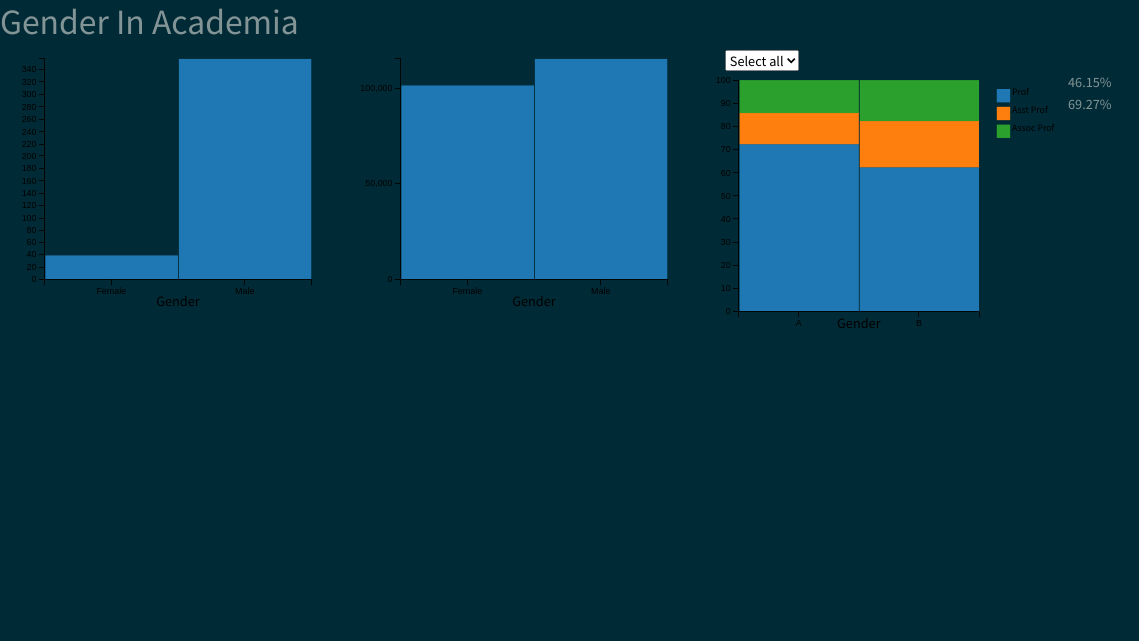
Repository: rafaljanos/Dashboard
Page: Index.html
The author's editor kept a record of every edit. The page is drawn from the files as they stood at one moment, then again after the next edit.
The browser window is 1280 px wide. The pictures show the whole page, at 89% of full size.

Above is the page before.
Console error: TypeError: Cannot read properties of null (reading 'textContent')

### Index.html
<!DOCTYPE html>
<html lang="en">
<head>
    <meta charset="UTF-8">
    <meta name="viewport" content="width=device-width, initial-scale=1.0">
    <meta http-equiv="X-UA-Compatible" content="ie=edge">
    <title>Dashboard</title>

    <link rel="stylesheet" href="static/css/bootstrap.min.css" type="text/css" />
    <link rel="stylesheet" href="static/css/dc.min.css" type="text/css" />
    <link rel="stylesheet" href="static/css/style.css" type="text/css" />

    <script type="text/javascript" src="static/js/d3.min.js"></script>
    <script type="text/javascript" src="static/js/crossfilter.min.js"></script>
    <script type="text/javascript" src="static/js/dc.min.js"></script>
    <script type="text/javascript" src="static/js/queue.min.js"></script>
    <script type="text/javascript" src="static/js/graph.js"></script>

</head>
<body>

    <h1>Gender In Academia</h1>

    <div id="discipline-selector"></div>

    <div id="gender-balance"></div>

    <div id="average-salary"></div>

    <div id="rank-distribution"></div>

    <div class="number" id="percent-of-women-professors"></div>
    <div id="percent-of-men-professors"></div>

</body>
</html>

### static/css/style.css
.navbar-default {
	background-image: none;
	margin-bottom: 0;
}

.section-heading, #discipline-selector {
	display: inline-block;
	float: none;
	margin: 0;
}

.section-heading {
	margin-bottom: 50px;
}

#discipline-selector {
	margin-left: 15px;
}

.number-box {
	margin-right: 75px;
}

.number-box, .fa.fa-gender {
    font-size: 30px;
    font-weight: 500;
}

.fa-gender {
	margin-right: 10px;
}

.custom-chart {
	margin-bottom: 40px;
}

.section {
	border-bottom: 1px solid #e6e6e6;
	padding: 30px 0;
}

.section-paragraph {
	line-height: 1.2;
}

### static/js/graph.js
queue()
    .defer(d3.csv, "data/Salaries.csv") // directory of file with data to use
    .await(makeGraphs);                 // makeGraphs is any name we want

function makeGraphs(error, salaryData) {// function for that name we choose
    var ndx = crossfilter(salaryData);  // loading salary data to crossfilter

    salaryData.forEach(function(d) {
        d.salary = parseInt(d.salary);  // changing the text data salary to intedur version of the salary
        d.yrs_since_phd = parseInt(d["yrs.since.phd"]);
        d.yrs_service = parseInt(d["yrs.service"]);

    })

    show_discipline_selector(ndx);      // passind NDX filter to a function that will draw graph discipline_selector

    show_percent_that_are_professors(ndx, "Female", "#percent-of-women-professors");
    show_percent_that_are_professors(ndx, "Male", "#percent-of-men-professors");

    show_gender_balance(ndx);           // passind NDX filter to a function that will draw graph gender_balance
    show_average_salaries(ndx);         // any name
    show_rank_distribution(ndx);

    show_service_to_salary_correlation(ndx);
    show_phd_to_salary_correlation(ndx);

    dc.renderAll();                     // to render it all
}

function show_discipline_selector(ndx) {        // function for show_discipline_selector
    dim = ndx.dimension(dc.pluck(`discipline`));
    group = dim.group()                         // simple group

    dc.selectMenu("#discipline-selector")       // it creates a selector menu
        .dimension(dim)
        .group(group);
}

function show_percent_that_are_professors(ndx, gender, element) { // gender(sex)argument and element to use in next function
    var percentageThatAreProf = ndx.groupAll().reduce(
        function (p, v) {
            if (v.sex === gender) {                             //using gender argument from above
                p.count++;
                if (v.rank === "Prof") {
                    p.are_prof++;
                }
            }
            return p;
        },
         function (p, v) {
            if (v.sex === gender) {
                p.count--;
                if (v.rank === "Prof") {
                    p.are_prof--;
                }
            }
            return p;
        },
        function () {
            return {count: 0, are_prof: 0};
        },
    );


    dc.numberDisplay(element)                   // element where we want the number to display
        .formatNumber(d3.format(".2%"))         // format change the way numbers are displayed
        .valueAccessor(function (d) {
            if (d.count == 0) {
                return 0;
            } else {
                return (d.are_prof / d.count);// devide prof by them total count
            }
        })
        .group(percentageThatAreProf)// show which group data to use to calculate this


}

function show_gender_balance(ndx) {           // function for show_gender_balance
    var dim = ndx.dimension(dc.pluck(`sex`)); // create dimension of sex variable
    var group = dim.group();                  // create a group

    dc.barChart("#gender-balance")            // create a bar chart for specific div ID
        .width(400)
        .height(300)
        .margins({top: 10, right:50, bottom: 30, left: 50})
        .dimension(dim)
        .group(group)
        .transitionDuration(500)
        .x(d3.scale.ordinal())
        .xUnits(dc.units.ordinal)
        .xAxisLabel("Gender")
        .yAxis().ticks(20);
}

function show_average_salaries(ndx) {
    var dim = ndx.dimension(dc.pluck(`sex`));

    function add_item(p, v) {           // p-keeps track of total and avarage and count, v-each data items we adding
        p.count++;                      // increment the count in p object
        p.total += v.salary;            // increment total by the salary of the data
        p.average = p.total / p.count;  // total devidet by the count
        return p;                       // always return p at the end add or remove function
    }

    function remove_item(p, v) {
        p.count--;                          // reduce the count
        if(p.count == 0) {                  // if the count is 0 we set total count to 0
            p.total = 0;
            p.average = 0;
        }   else {                          // if the count is grater than 0 we use normal calculations
            p.total -= v.salary             // reduce the total by the amount of the salary
            p.average = p.total / p.count;  // total devidet by the count
        }
        return p;
    }

    function initialise() {                 // creates initial value for p
        return {count: 0,total: 0, average: 0};
    }

    var averageSalasyByGender = dim.group().reduce(add_item, remove_item, initialise);


    dc.barChart("#average-salary")
        .width(400)
        .height(300)
        .margins({top: 10, right: 50, bottom: 30, left: 50})
        .dimension(dim)
        .group(averageSalasyByGender)
        .valueAccessor(function(d) {            // to specify which of the 3 values will be plotet
            return d.value.average.toFixed(2);  // .toFixed(2)-reduce to 2 decimels number 2 spaces after (,00)
        })
        .transitionDuration(500)
        .x(d3.scale.ordinal())
        .xUnits(dc.units.ordinal)
        .elasticY(true)
        .xAxisLabel("Gender")
        .yAxis().ticks(4);
}

function show_rank_distribution(ndx) {



    var profByGender = dim.group().reduce(
        function (p, v) {
            p.total++;
            if(v.rank == rank) {           // match if the rank what we are looking for is profesor
                p.match++;
            }
            return p;
        },
        function (p, v) {
            p.total--;
            if(v.rank == rank)  {          // match if the rank what we are looking for is profesor
                p.mach--;
            }
            return p;
        },
        function () {
            return {total: 0, match: 0};
        }
    );

    function rankByGender(dimension, rank) {
        return dimension.group().reduce(
        function (p, v) {
            p.total++;
            if(v.rank == rank) {           // match if the rank what we are looking for is profesor
                p.match++;
            }
            return p;
        },
        function (p, v) {
            p.total--;
            if(v.rank == rank)  {          // match if the rank what we are looking for is profesor
                p.mach--;
            }
            return p;
        },
        function () {
            return {total: 0, match: 0};
            }
        );
    }

    var profByGender = rankByGender(dim, "Prof");
    var asstProfByGender = rankByGender(dim, "AsstProf");
    var assocProfByGender = rankByGender(dim, "AssocProf");

    // console.log(profByGender.all());        // to inspect and check if that works

    dc.barChart("#rank-distribution")
        .width(400)
        .height(300)
        .dimension(dim)
        .group(profByGender, "Prof")
        .stack(asstProfByGender, "Asst Prof")       // stacks this group on top of prof
        .stack(assocProfByGender, "Assoc Prof")     // stacks this group on top of asst
        .valueAccessor(function(d) {               // geting procentage of the total
            if(d.value.total > 0) {
                 return (d.value.match / d.value.total) * 100; //matching amount devide by total and multiply by 100
            } else {
                return 0;
            }
    })
        .x(d3.scale.ordinal())
        .xUnits(dc.units.ordinal)
        .xAxisLabel("Gender")
        .legend(dc.legend().x(320).y(20).itemHeight(15).gap(5))
        .margins({top: 10, right: 100, bottom: 30, left: 30});
}


function show_service_to_salary_correlation(ndx) {

    var genderColors = d3.scale.ordinal()    //adding colors genderColors
        .domain(["Female", "Male"])
        .range(["pink", "green"]);

    var eDim = ndx.dimension(dc.pluck("yrs_service"));
    var experienceDim = ndx.dimension(function(d) {             //extrackts 2 pieces of info
        return [d.yrs_service, d.salary, d.rank, d.sex];        //years of service and salary
    });             //0         //1        //2    //3
    var experienceSalaryGroup = experienceDim.group();

    var minExperience = eDim.bottom(1)[0].yrs_service;
    var maxExperience = eDim.top(1)[0].yrs_service;

    dc.scatterPlot("#service-salary")
        .width(800)
        .height(400)
        .x(d3.scale.linear().domain([minExperience, maxExperience]))
        .brushOn(false)
        .symbolSize(8)
        .clipPadding(10)
        .yAxisLabel("Salary")
        .xAxisLabel("Years Of Service")
        .title(function(d) {                        //apear when hovered with mouse
            return d.key[2] + " earned " + d.key[1];
        })
        .colorAccessor(function (d) {
            return d.key[3];  //3 is d.rank
        })
        .colors(genderColors)           //adding colors genderColors
        .dimension(experienceDim)
        .group(experienceSalaryGroup)
        .margins({top: 10, right: 50, bottom: 75, left: 75});
}


function show_phd_to_salary_correlation(ndx) {

    var genderColors = d3.scale.ordinal()    //adding colors genderColors
        .domain(["Female", "Male"])
        .range(["pink", "green"]);

    var pDim = ndx.dimension(dc.pluck("yrs_since_phd"));
    var phdDim = ndx.dimension(function(d) {             //extrackts 2 pieces of info
        return [d.yrs_since_phd, d.salary, d.rank, d.sex];        //years of service and salary
    });             //0         //1        //2    //3
    var phdSalaryGroup = phdDim.group();

    var minPhd = pDim.bottom(1)[0].yrs_since_phd;
    var maxPhd = pDim.top(1)[0].yrs_since_phd;

    dc.scatterPlot("#phd-salary")
        .width(800)
        .height(400)
        .x(d3.scale.linear().domain([minPhd, maxPhd]))
        .brushOn(false)
        .symbolSize(8)
        .clipPadding(10)
        .yAxisLabel("Salary")
        .xAxisLabel("Years Since PhD")
        .title(function(d) {                        //apear when hovered with mouse
            return d.key[2] + " earned " + d.key[1];
        })
        .colorAccessor(function (d) {
            return d.key[3];  //3 is d.rank
        })
        .colors(genderColors)           //adding colors genderColors
        .dimension(phdDim)
        .group(phdSalaryGroup)
        .margins({top: 10, right: 50, bottom: 75, left: 75});
}

Loaded but not shown: static/css/bootstrap.min.css (library); static/css/dc.min.css (library); static/js/d3.min.js (library); static/js/crossfilter.min.js (library); static/js/dc.min.js (library); static/js/queue.min.js (common file)

After the next edit:
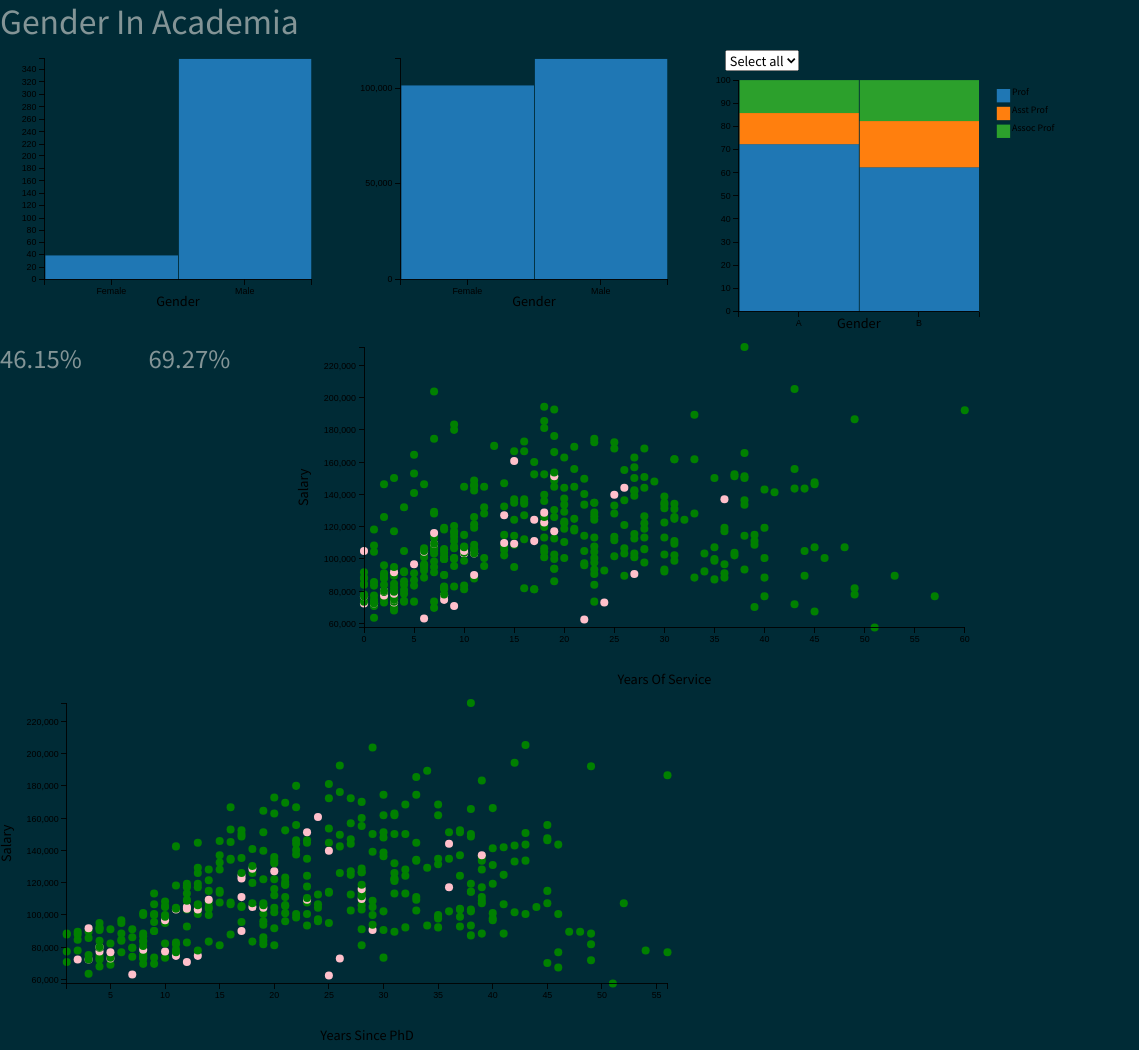
The error is gone.
The edit:
--- a/Index.html
+++ b/Index.html
@@ -29,8 +29,12 @@
 
     <div id="rank-distribution"></div>
 
-    <div class="number" id="percent-of-women-professors"></div>
-    <div id="percent-of-men-professors"></div>
+    <div class="number-box" id="percent-of-women-professors"></div>
+    <div class="number-box" id="percent-of-men-professors"></div>
+
+    <div id="service-salary"></div>
+
+    <div id="phd-salary"></div>
 
 </body>
 </html>
